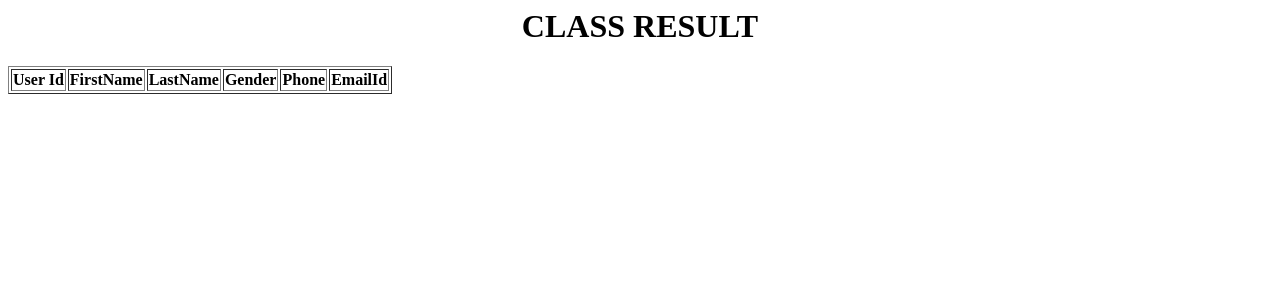
Repository: MriOj/OnlineExamPortal
Page: http://localhost/ExamPortal/classresults.jsp
The author's editor kept a copy of each file at every save. The page is drawn from the files as they stood at one save, then again after the next save.
The browser window is 1280 px wide. The pictures show the whole page.
The page is served by Tomcat 9. Queries for data that is not in the repository find no rows.

Above is the page before, as saved 2021-09-07 11:32:36.

After the next save:
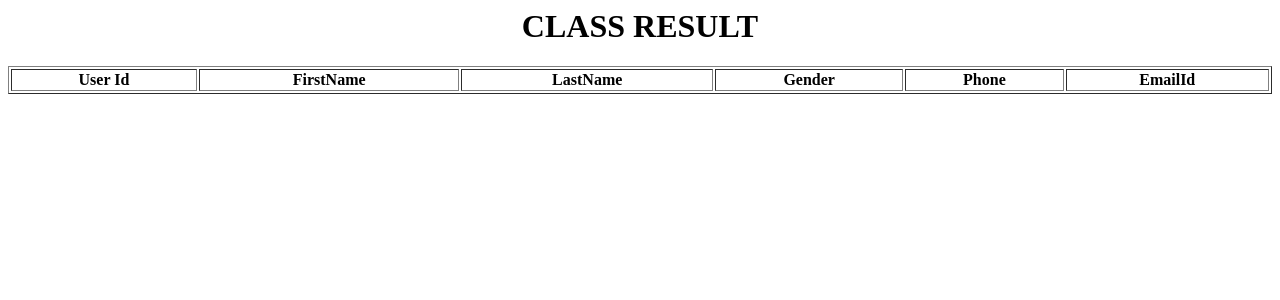
Saved 37 s later.
--- a/ExamPortal/src/main/webapp/classresults.jsp
+++ b/ExamPortal/src/main/webapp/classresults.jsp
@@ -12,7 +12,7 @@
           ResultSet stud = statement.executeQuery("select * from student") ;
 
        %>
-      <TABLE BORDER="1">
+      <TABLE BORDER="1" style="width:100%">
       <TR>
       <TH>User Id </TH>
       <TH>FirstName</TH>
